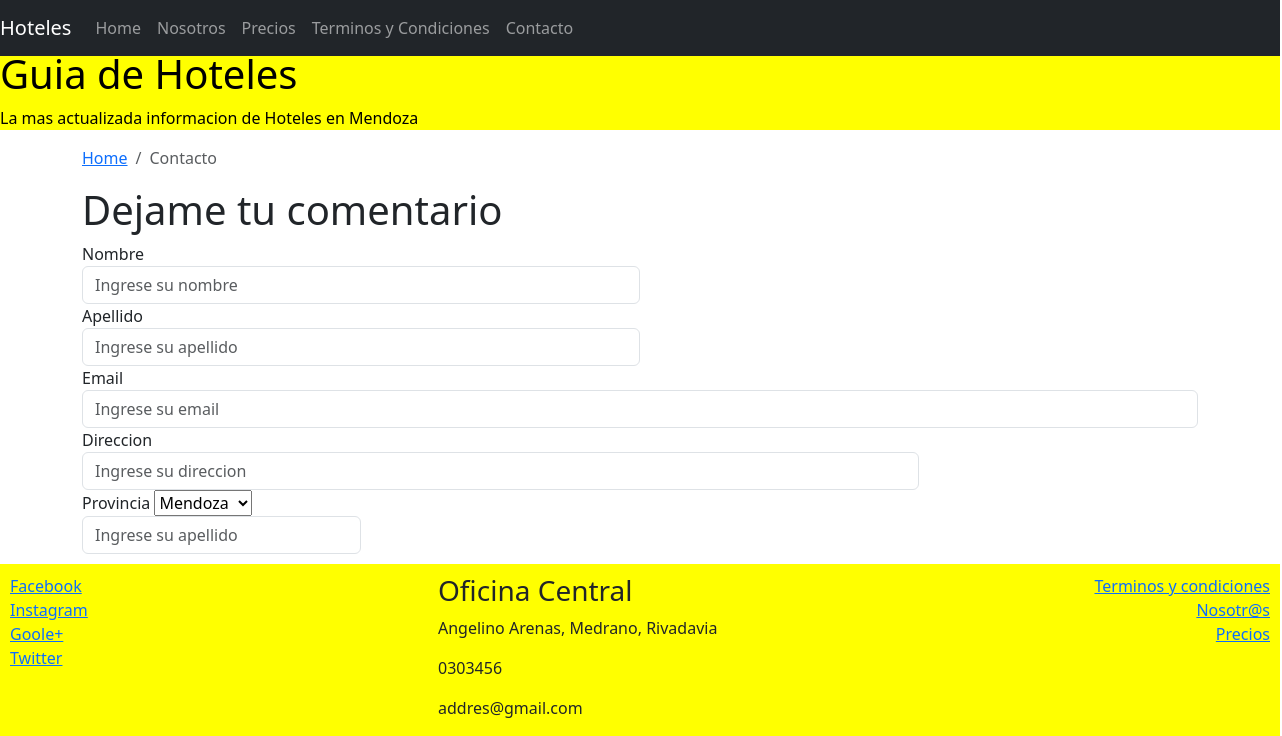
Repository: JulianMoralesSantoni/PaginaHoteles
Page: contacto.html
An editor plug-in stored every save of this project. The page is shown before and after the next save, followed by the edit.
The browser window is 1280 px wide. The page is 1282 px wide, so the pictures cover 1282 px, including what lies to the right of the window. The pictures show the whole page.
Some web libraries are served in a nearby version.

Above is the page before, as saved 2021-03-28 21:44:51.

After the next save:
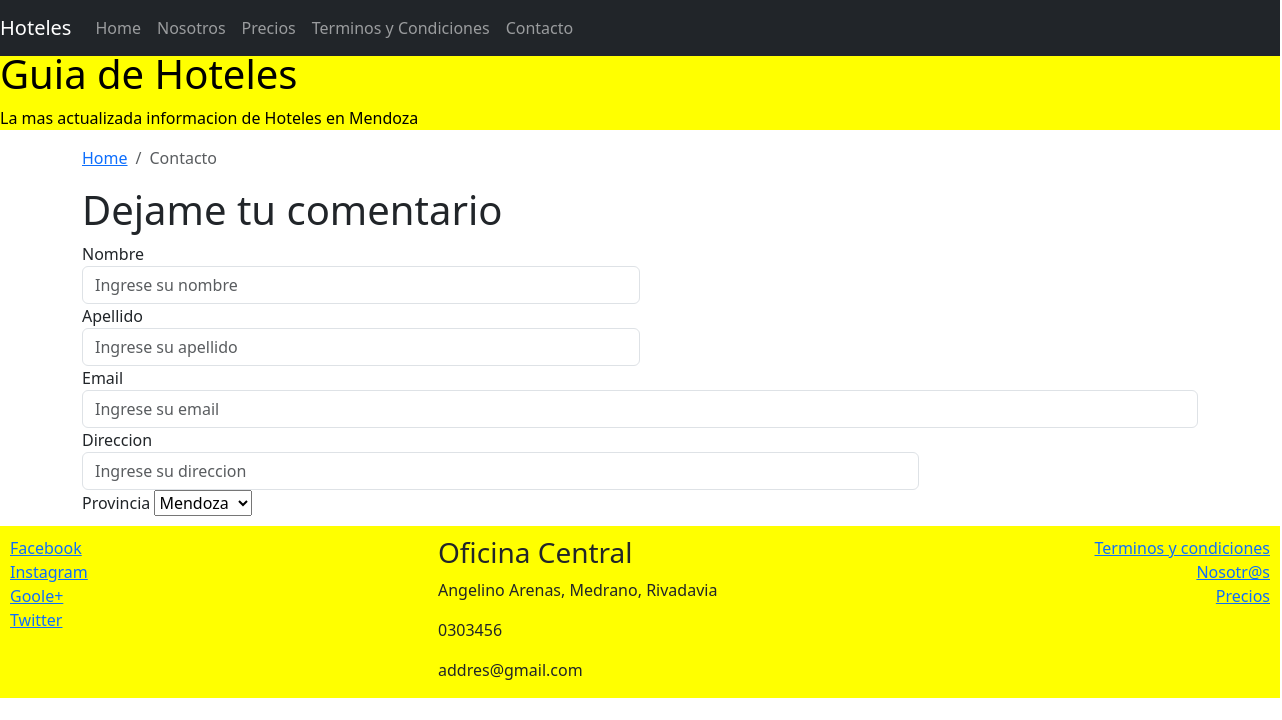
Saved 28 s later.
--- a/contacto.html
+++ b/contacto.html
@@ -90,7 +90,7 @@
             </select>
 
 
-            <input type="text" class="form-control" id="apellido" placeholder="Ingrese su apellido">
+
           </div>
 
 
